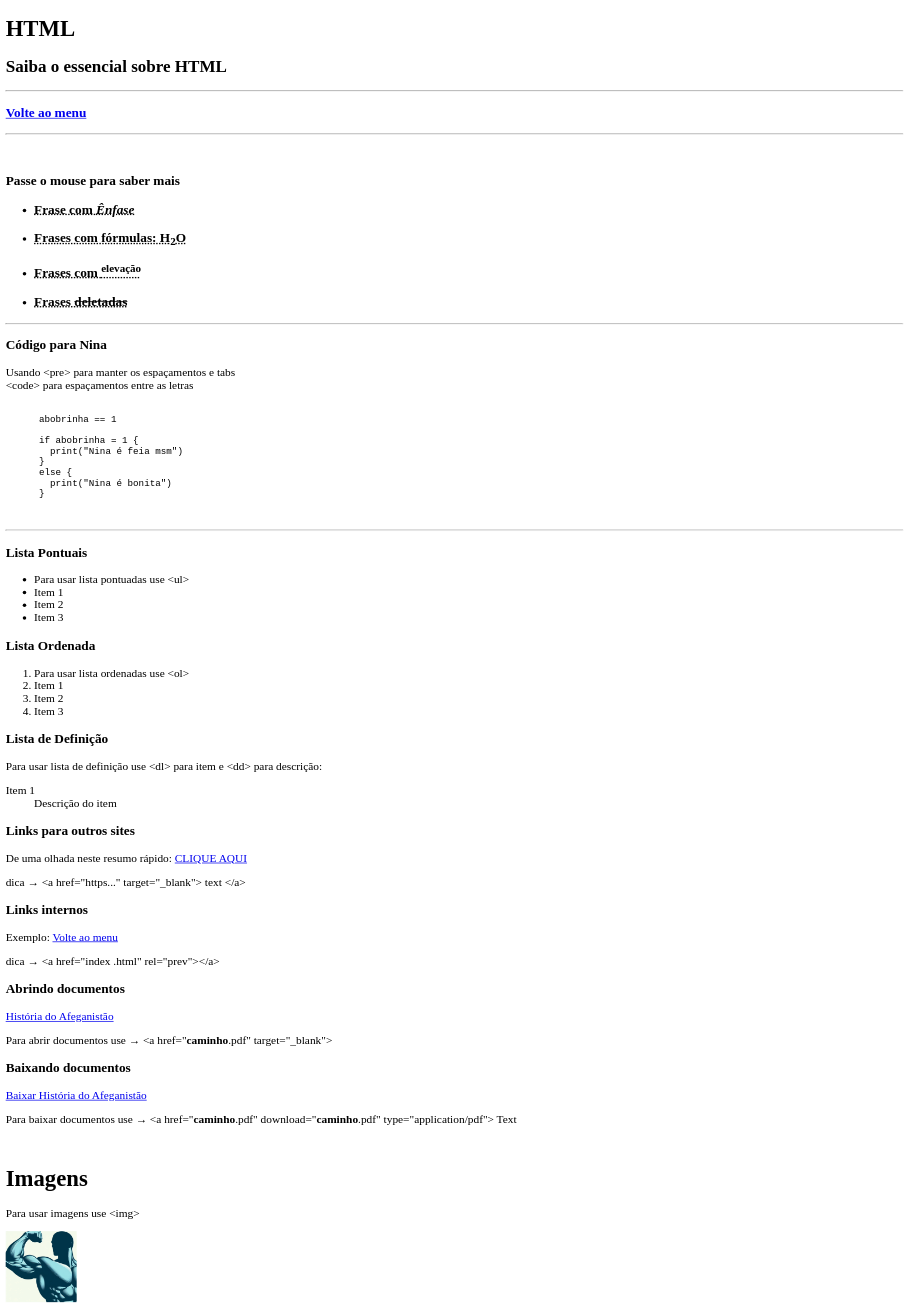
Repository: LuidyOn/Site_Forca_Total
Page: ForçaTotal/sobreHTML.html
The author's editor kept a copy of each file at every save. The page is drawn from the files as they stood at one save, then again after the next save.
The browser window is 1280 px wide. The pictures show the whole page, at 71% of full size.

Above is the page before, as saved 2025-05-15 20:18:05.

### ForçaTotal/sobreHTML.html
<!DOCTYPE html>
<html lang="pt-br">
<head>
  <meta charset="UTF-8">
  <meta name="viewport" content="width=device-width, initial-scale=1.0">
  <link rel="shortcut icon" href="img/icons/logo.ico" type="image/x-icon">
  <title>Testes Força total</title>
</head>
<body>
  <h1>HTML</h1>
  <h2>Saiba o essencial sobre HTML</h2>

  <hr>
  <h3><a href="index.html" rel="prev"> Volte ao menu</a></h3>
  <hr>

  <p><br></p>

<h3>Passe o mouse para saber mais</h3>

  <ul><li><h3> <abbr title="Para deixar uma frase com ênfase, usamos: <em> ">Frase com <em>Ênfase</em></h3> </abbr>
  </li></ul>

    <ul><li><h3><abbr title="Para utilizarmos frases 'baixas' ou fórmulas usamos: <sub></sub>"> Frases com fórmulas: H<sub>2</sub>O</abbr></h3>
</li></ul>

  <ul><li><h3> <abbr title="Para utilizarmos frases com ênfase/superiores usamos: <sup></sup>">Frases com <sup>elevação</sup></h3> </abbr></li></ul>

  <ul><li><abbr title=" Para utilizarmos frases deletadas usamos: <del>"><h3>Frases <del>deletadas</del></h3></abbr></li></ul>

  <hr>

  <h3>Código para Nina</h3>
  <p>Usando &lt;pre&gt; para manter os espaçamentos e tabs <br> &lt;code&gt; para espaçamentos entre as letras</p>

  <p></p>

  <pre>
    <code>
      abobrinha == 1

      if abobrinha = 1 {
        print("Nina é feia msm")
      }
      else {
        print("Nina é bonita")
      }
    </code>
  </pre>

  <hr>

  <h3>Lista Pontuais</h3>
  <ul>
    <li>Para usar lista pontuadas use &lt;ul&gt;</li>
    <li>Item 1</li>
    <li>Item 2</li>
    <li>Item 3</li>
  </ul>

  <h3>Lista Ordenada</h3>
  <ol>
    <li>Para usar lista ordenadas use &lt;ol&gt;</li>
    <li>Item 1</li>
    <li>Item 2</li>
    <li>Item 3</li>
  </ol>

  <h3>Lista de Definição</h3>
  <dl>
    <dt>Para usar lista de definição use &lt;dl&gt; para item e &lt;dd&gt para descrição:</dt>

    <p></p>
    <dt>
      Item 1
      <dd>Descrição do item</dd>
    </dl>

    <h3>Links para outros sites</h3>
    <p>De uma olhada neste resumo rápido: <a href="https://www.youtube.com/watch?v=dQw4w9WgXcQ" target="_blank" rel="External"> CLIQUE AQUI </a></p>
    <p>dica &rarr; &lt;a href="https..." target="_blank"&gt; text &lt;/a&gt;</p>

    <h3>Links internos</h3>

    <p>Exemplo: <a href="index.html" rel="prev"> Volte ao menu</a></p>
    <p>dica &rarr; &lt;a href="index .html" rel="prev"&gt;&lt;/a&gt;</p>

    <h3>Abrindo documentos</h3>
    <p><a href="Documentos/PDFs/GUERRA DO AFEGANISTÃO.pdf" target="_blank"> História do Afeganistão</a></p>

    <p>Para abrir documentos use &rarr; &lt;a href="<strong>caminho</strong>.pdf" target="_blank"&gt;</p>

    <h3>Baixando documentos</h3>
    <p><a href="Documentos/PDFs/GUERRA DO AFEGANISTÃO.pdf" target="_blank" download="Documentos/PDFs/GUERRA DO AFEGANISTÃO.pdf" type="application/pdf"> Baixar História do Afeganistão</a></p>

    <p>Para baixar documentos use &rarr; &lt;a href="<strong>caminho</strong>.pdf" download="<strong>caminho</strong>.pdf" type="application/pdf"&gt; Text</p>

  <p><br></p>

  <h1>Imagens</h1>
  <p>Para usar imagens use &lt;img&gt;</p>
  <img src="img/parteSerior.png" alt="parte superior" style="width: 100px; height: 100px;">
</body>
</html>

After the next save:
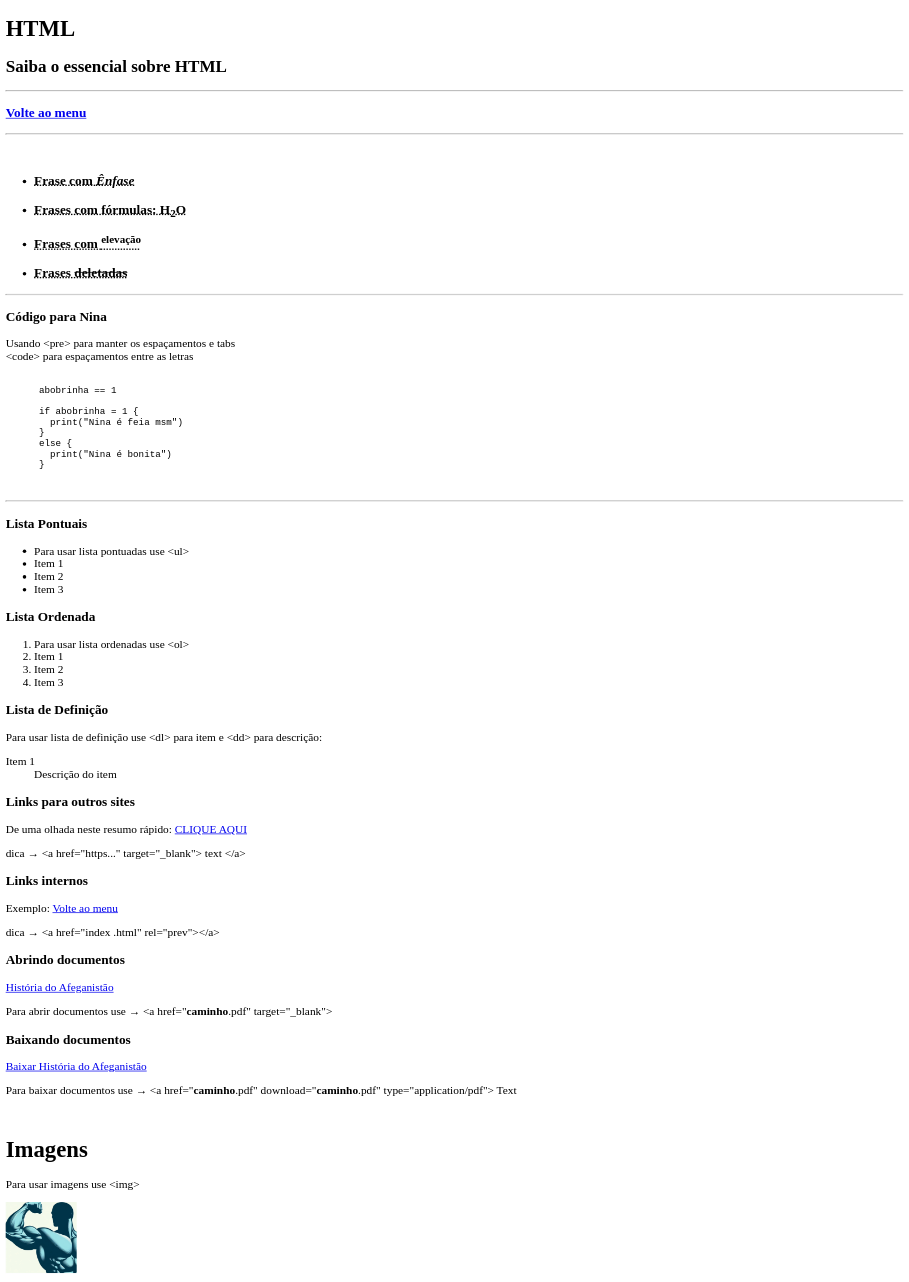
Saved 9 s later.
--- a/ForçaTotal/sobreHTML.html
+++ b/ForçaTotal/sobreHTML.html
@@ -16,7 +16,7 @@
 
   <p><br></p>
 
-<h3>Passe o mouse para saber mais</h3>
+<h3Passe o mouse para saber mais</h3>
 
   <ul><li><h3> <abbr title="Para deixar uma frase com ênfase, usamos: <em> ">Frase com <em>Ênfase</em></h3> </abbr>
   </li></ul>

After the 3 saves that followed:
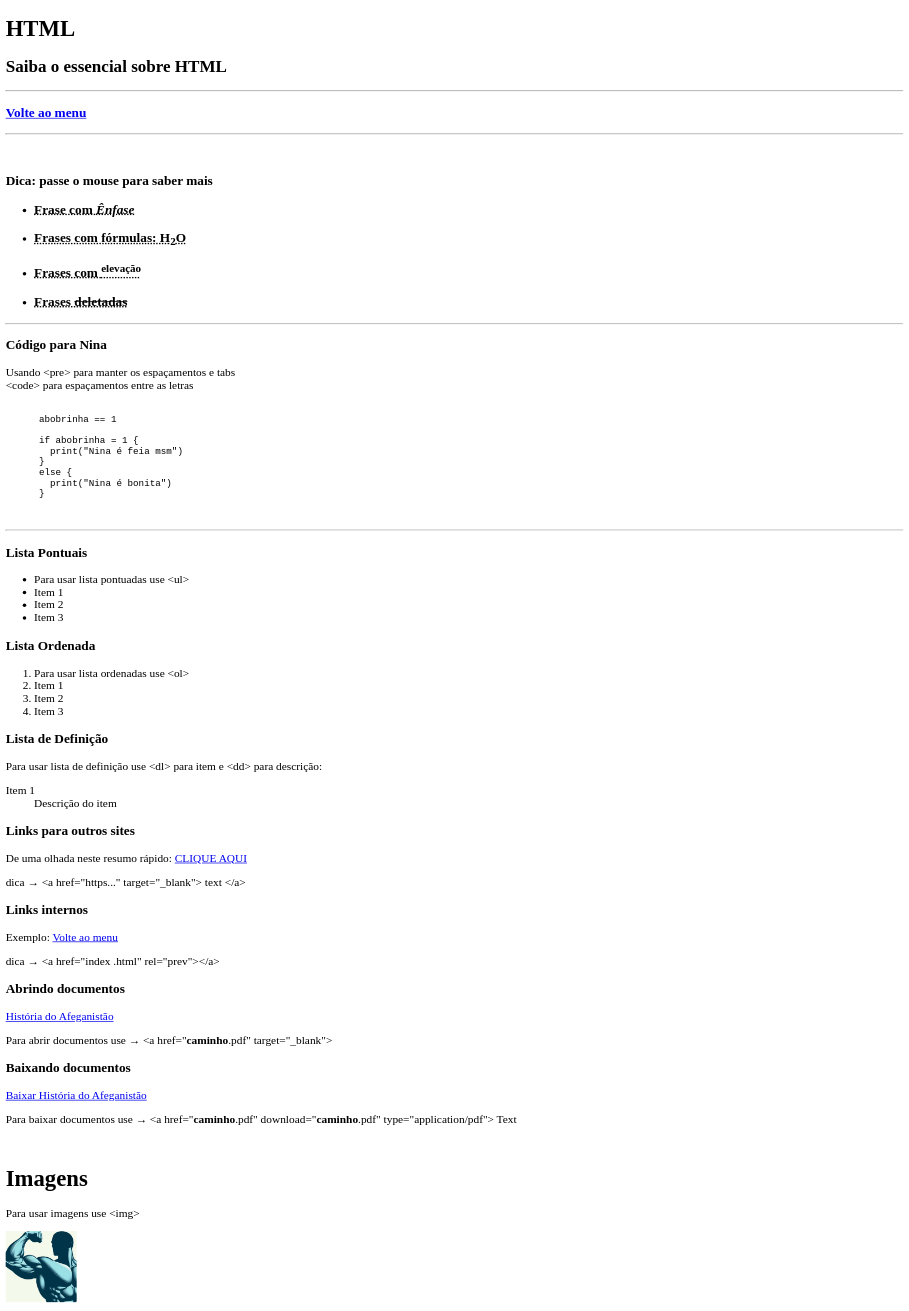
The 3 saves are shown as one change because they came seconds apart.
The last was saved 11 s later.
--- a/ForçaTotal/sobreHTML.html
+++ b/ForçaTotal/sobreHTML.html
@@ -16,7 +16,7 @@
 
   <p><br></p>
 
-<h3Passe o mouse para saber mais</h3>
+<h3>Dica: passe o mouse para saber mais</h3>
 
   <ul><li><h3> <abbr title="Para deixar uma frase com ênfase, usamos: <em> ">Frase com <em>Ênfase</em></h3> </abbr>
   </li></ul>
